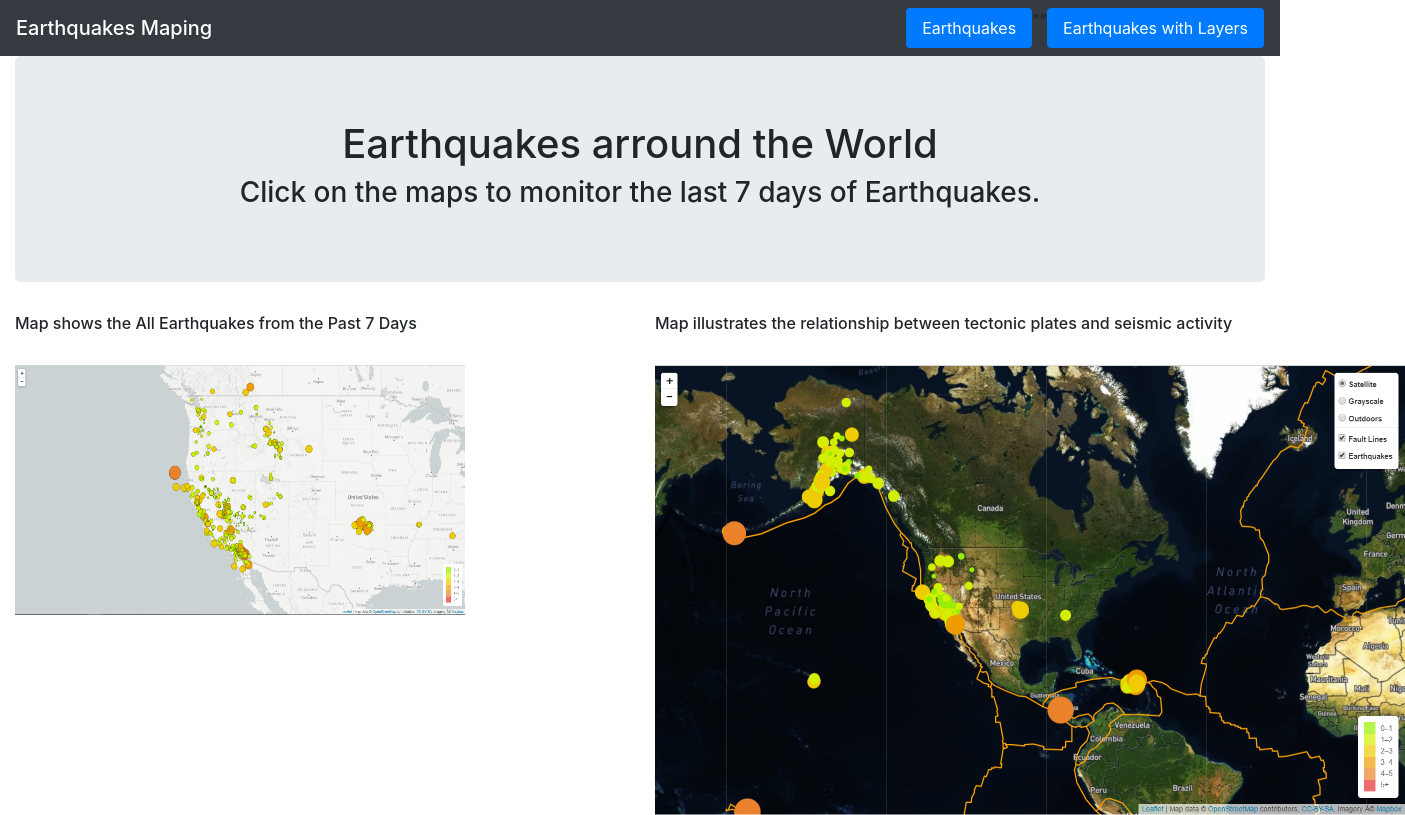
Repository: ermiasgelaye/leaflet-challenge
Page: index.html
An editor plug-in stored every save of this project. The page is shown before and after a run of saves, followed by the edit.
The browser window is 1280 px wide. The page is 1405 px wide, so the pictures cover 1405 px, including what lies to the right of the window. The pictures show the whole page.

Above is the page before, as saved 2020-09-18 22:38:20.

After the next 3 saves:
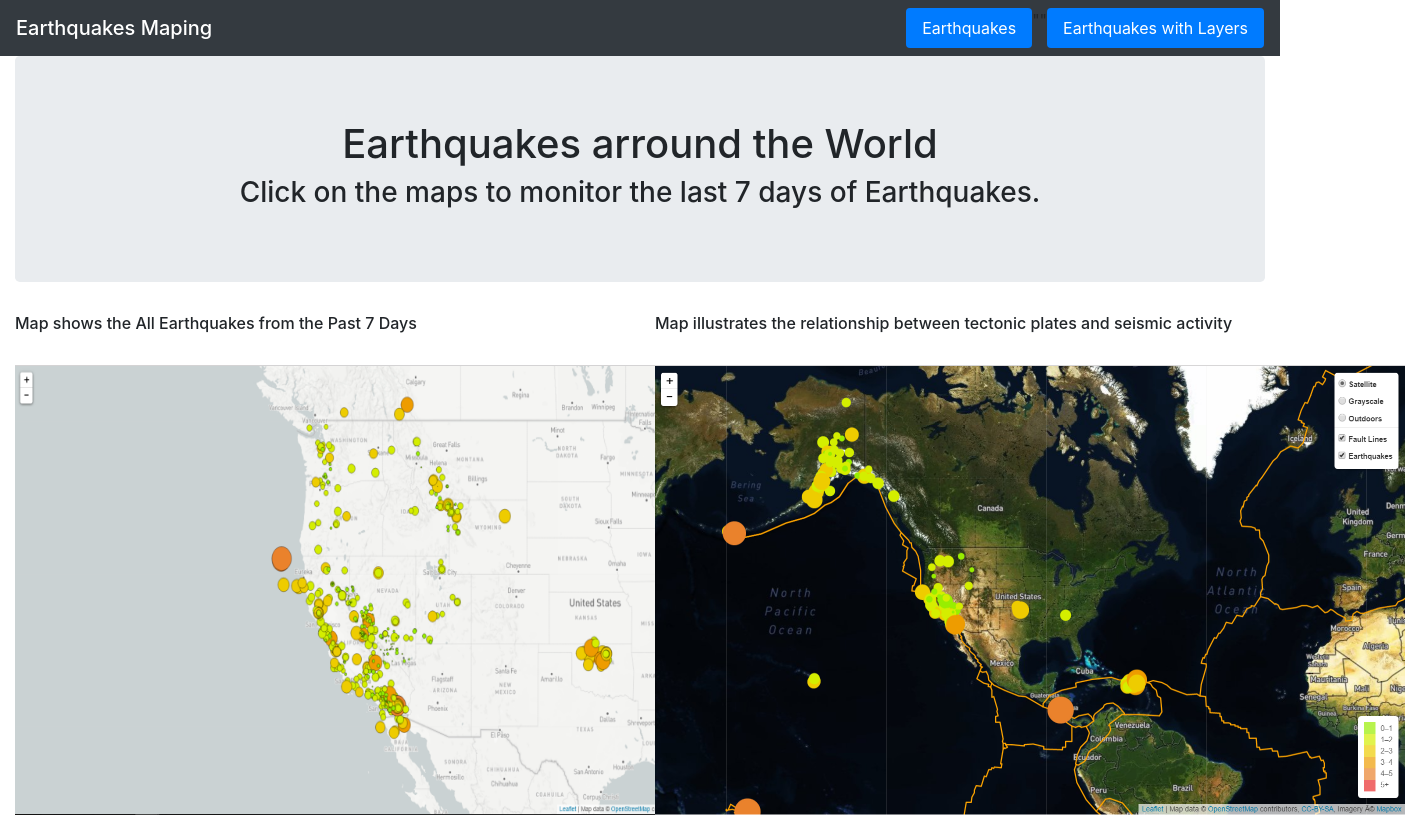
The 3 saves are shown as one change because they came seconds apart.
The last was saved 19 s later.
--- a/index.html
+++ b/index.html
@@ -51,8 +51,8 @@
             ><img
               src="images/2-BasicMap.png"
               alt="Mapping without Layers"
-              width="450"
-              height="250"
+              width="750"
+              height="450"
           /></a>
         </div>
         <div class="col-lg-6">
